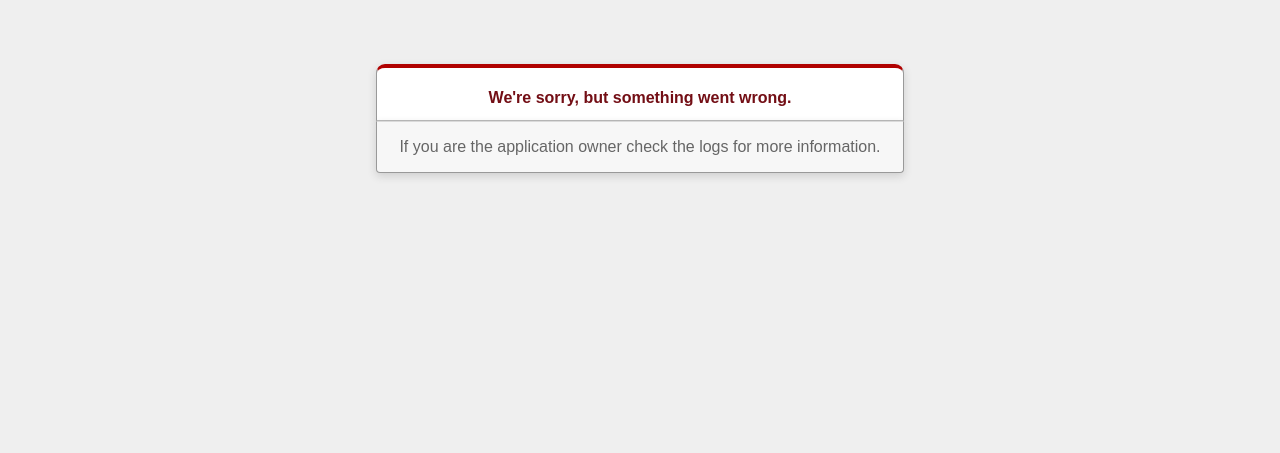
Repository: krn1138/manyou_kadai
Page: public/500.html
These files come from the project's save history. The page is drawn as it stood at one moment and after the next save; the edit follows.
The browser window is 1280 px wide. The pictures show the whole page.

Above is the page before, as saved 2021-03-12 15:39:36.

### public/500.html
<!DOCTYPE html>
<html>
<head>
  <title>We're sorry, but something went wrong (500)</title>
  <meta name="viewport" content="width=device-width,initial-scale=1">
  <style>
  .rails-default-error-page {
    background-color: #EFEFEF;
    color: #2E2F30;
    text-align: center;
    font-family: arial, sans-serif;
    margin: 0;
  }

  .rails-default-error-page div.dialog {
    width: 95%;
    max-width: 33em;
    margin: 4em auto 0;
  }

  .rails-default-error-page div.dialog > div {
    border: 1px solid #CCC;
    border-right-color: #999;
    border-left-color: #999;
    border-bottom-color: #BBB;
    border-top: #B00100 solid 4px;
    border-top-left-radius: 9px;
    border-top-right-radius: 9px;
    background-color: white;
    padding: 7px 12% 0;
    box-shadow: 0 3px 8px rgba(50, 50, 50, 0.17);
  }

  .rails-default-error-page h1 {
    font-size: 100%;
    color: #730E15;
    line-height: 1.5em;
  }

  .rails-default-error-page div.dialog > p {
    margin: 0 0 1em;
    padding: 1em;
    background-color: #F7F7F7;
    border: 1px solid #CCC;
    border-right-color: #999;
    border-left-color: #999;
    border-bottom-color: #999;
    border-bottom-left-radius: 4px;
    border-bottom-right-radius: 4px;
    border-top-color: #DADADA;
    color: #666;
    box-shadow: 0 3px 8px rgba(50, 50, 50, 0.17);
  }
  </style>
</head>

<body class="rails-default-error-page">
  <!-- This file lives in public/500.html -->
  <div class="dialog">
    <div>
      <h1>We're sorry, but something went wrong.</h1>
    </div>
    <p>If you are the application owner check the logs for more information.</p>
  </div>
</body>
</html>

After the next save:
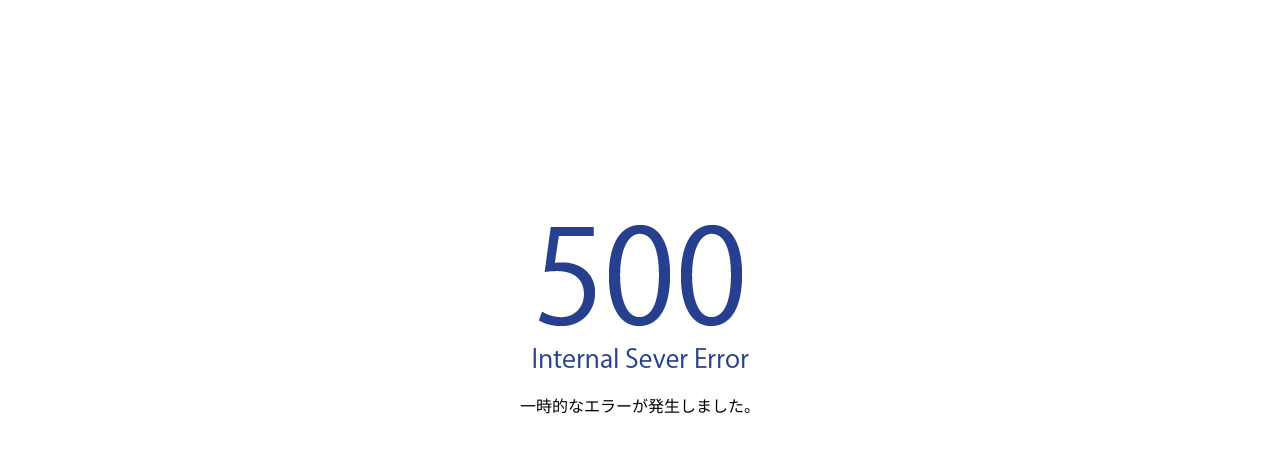
Saved 17 s later.
--- a/public/500.html
+++ b/public/500.html
@@ -1,66 +1,27 @@
 <!DOCTYPE html>
 <html>
 <head>
-  <title>We're sorry, but something went wrong (500)</title>
+  <title>The page you were looking for doesn't exist (404)</title>
   <meta name="viewport" content="width=device-width,initial-scale=1">
   <style>
-  .rails-default-error-page {
-    background-color: #EFEFEF;
-    color: #2E2F30;
+  .error {
+    padding-top: 16%
+  }
+  p{
     text-align: center;
-    font-family: arial, sans-serif;
-    margin: 0;
   }
-
-  .rails-default-error-page div.dialog {
-    width: 95%;
-    max-width: 33em;
-    margin: 4em auto 0;
-  }
-
-  .rails-default-error-page div.dialog > div {
-    border: 1px solid #CCC;
-    border-right-color: #999;
-    border-left-color: #999;
-    border-bottom-color: #BBB;
-    border-top: #B00100 solid 4px;
-    border-top-left-radius: 9px;
-    border-top-right-radius: 9px;
-    background-color: white;
-    padding: 7px 12% 0;
-    box-shadow: 0 3px 8px rgba(50, 50, 50, 0.17);
-  }
-
-  .rails-default-error-page h1 {
-    font-size: 100%;
-    color: #730E15;
-    line-height: 1.5em;
-  }
-
-  .rails-default-error-page div.dialog > p {
-    margin: 0 0 1em;
-    padding: 1em;
-    background-color: #F7F7F7;
-    border: 1px solid #CCC;
-    border-right-color: #999;
-    border-left-color: #999;
-    border-bottom-color: #999;
-    border-bottom-left-radius: 4px;
-    border-bottom-right-radius: 4px;
-    border-top-color: #DADADA;
-    color: #666;
-    box-shadow: 0 3px 8px rgba(50, 50, 50, 0.17);
+  img{
+    display: block;
+    margin: 0 auto;
   }
   </style>
 </head>
 
-<body class="rails-default-error-page">
-  <!-- This file lives in public/500.html -->
-  <div class="dialog">
-    <div>
-      <h1>We're sorry, but something went wrong.</h1>
-    </div>
-    <p>If you are the application owner check the logs for more information.</p>
+<body>
+  <!-- This file lives in public/404.html -->
+  <div class="error">
+    <img src="500.png">
+    <p>一時的なエラーが発生しました。</p>
   </div>
 </body>
 </html>
